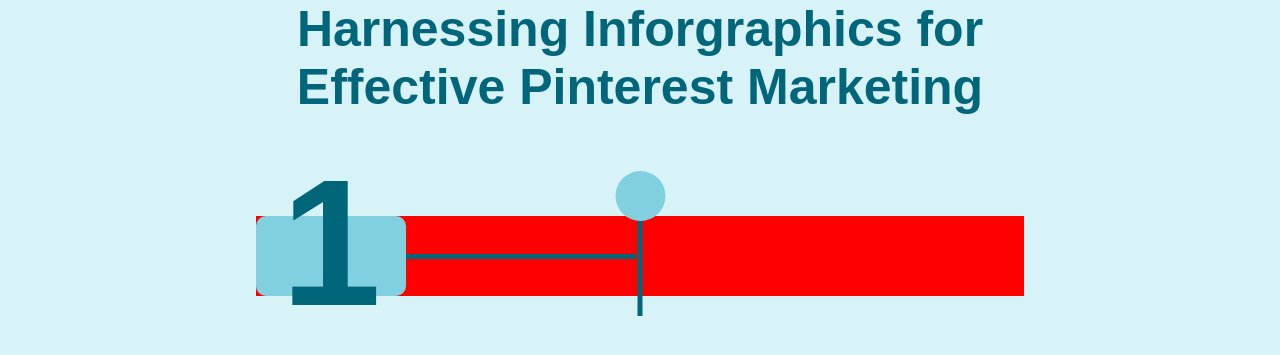
Repository: ayushrajput545/InforGraphic-page
Page: index.html
These files come from the project's save history. The page is drawn as it stood at one moment and after a run of saves; the edit follows.
The browser window is 1280 px wide. The pictures show the whole page.
Some web fonts or font styles are not loaded; a fallback is used.

Above is the page before, as saved 2025-04-01 22:39:37.

### index.html
<!DOCTYPE html>
<html lang="en">
<head>
    <meta charset="UTF-8">
    <meta name="viewport" content="width=device-width, initial-scale=1.0">
    <link rel="stylesheet" href="style.css">
    <link rel="preconnect" href="https://fonts.googleapis.com">
    <link rel="preconnect" href="https://fonts.gstatic.com" crossorigin>
    <link href="https://fonts.googleapis.com/css2?family=Protest+Riot&display=swap" rel="stylesheet">
</head>
<body>

    <h1 class="header">Harnessing Inforgraphics for Effective Pinterest Marketing</h1>



    <div class="container">

        <!-- <div class="left-content"> -->
            <div class="content-steps">
                <div class="overlap">
                    <h1 class="steps">1</h1>
                </div>

                <div class="line-horizontal"></div>

                <div class="line-vertical">
                    <div class="circle"></div>
                </div>


            </div>



        <!-- </div> -->






    </div>

</body>
</html>

### style.css
*{
    margin: 0;
    padding: 0;
    box-sizing: border-box;
}

body{
    background-color: #d8f3f7;;
}

.header{
    font-family: "Protest Riot", sans-serif;
    text-align: center;
    max-width: 60%;
    margin: auto;
    font-size: 50px;
    font-weight: bold;
    color: #02667a;
}

.container{
    position: relative;
    width: 60%;
    margin: auto;
    background-color: red;
    margin-top: 100px;
}

.content-steps{
    display: flex;
    align-items: center;
    position: relative;
}

.overlap{
    background-color: #81d0e0;
    width: 150px;
    height: 80px;
    position: relative;
    z-index: 1;
    display: flex;
    justify-content: center;
    border-radius: 10px;
}

.steps{
    font-family: "Protest Riot", sans-serif;
    font-size: 180px;
    font-weight: bold;
    color: #02667a;
    position: absolute;
    z-index: 2;
    bottom: -50px;
}

.line-horizontal{
    background-color: #02667a;
    width: 30%;
    height: 5px;
    position: relative;
}

.circle{

    width: 50px; /* Set the same width & height */
    height: 50px;
    background-color: #81d0e0;
    border-radius: 50%; /* Makes it a circle */
    display: flex;
    justify-content: center;
    align-items: center;
    color: white; /* Text color */
    font-size: 18px;
    font-weight: bold;
    position: absolute;
    left: 50%;
    transform: translate(-50%, -50%); /* Ensures proper overlap */
 /* Places it at the intersection */
}



.line-vertical {
    width: 5px; /* Thickness of the line */
    height: 120px; /* Adjust as needed */
    background-color: #02667a;
    position: absolute;
    left: 50%; /* Centers the line */
    transform: translateX(-50%);

}

After the next 2 saves:
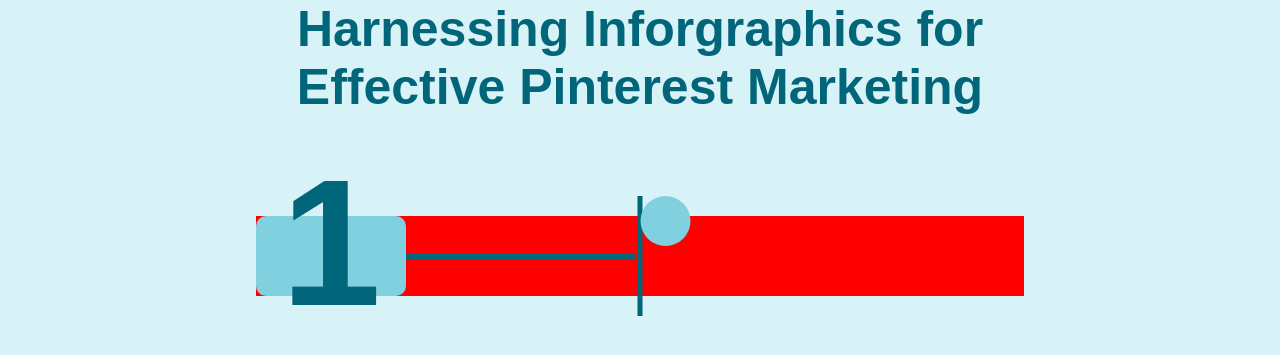
The 2 saves are shown as one change because they came seconds apart.
The last was saved 8 s later.
--- a/style.css
+++ b/style.css
@@ -74,8 +74,8 @@
     font-weight: bold;
     position: absolute;
     left: 50%;
-    transform: translate(-50%, -50%); /* Ensures proper overlap */
- /* Places it at the intersection */
+
+
 }
 
 
